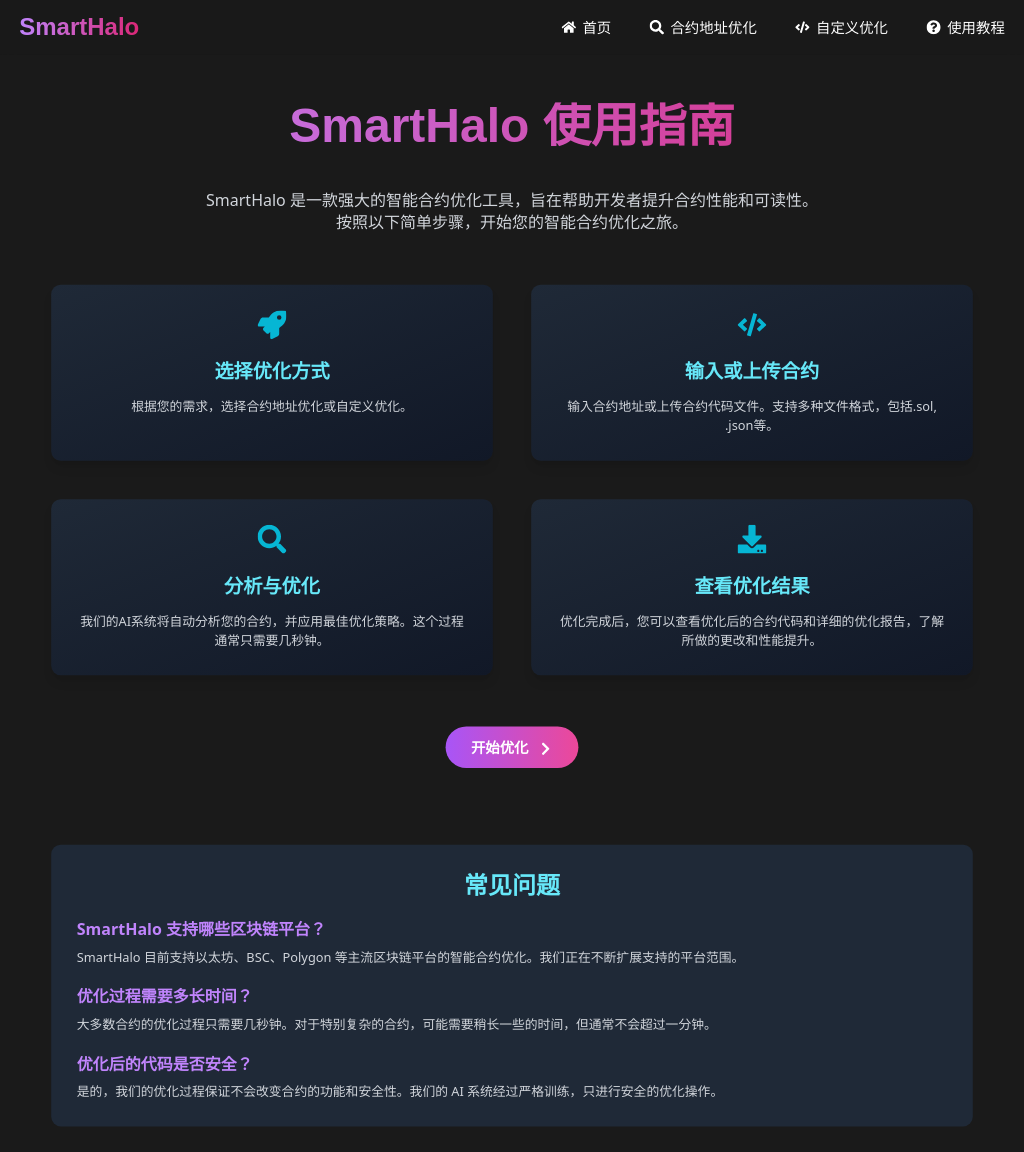
Repository: RunnerQuan/smart-halo
Page: /help
The author's editor kept a copy of each file at every save. The page is drawn from the files as they stood at one save, then again after the next save.
The browser window is 1280 px wide. The pictures show the whole page, at 80% of full size.
The project was rebuilt for these pictures with package versions that can differ from the ones it lists, and the page was loaded fresh each time. The framework's server and built-in components were replaced by stand-ins that run in the browser. Also part of the build but not shown: next.config.mjs.

Above is the page before, as saved 2024-10-18 15:39:45.

### app/help/page.tsx
"use client";

import React from 'react';
import { motion } from 'framer-motion';
import Navbar from '../../components/Navbar';
import { FaRocket, FaCode, FaSearch, FaDownload, FaChevronRight } from 'react-icons/fa';
import Link from 'next/link';

export default function Help() {
  const steps = [
    {
      title: "选择优化方式",
      desc: "根据您的需求，选择合约地址优化或自定义优化。",
      icon: <FaRocket className="text-4xl mb-4 text-cyan-500" />
    },
    {
      title: "输入或上传合约",
      desc: "输入合约地址或上传合约代码文件。支持多种文件格式，包括.sol, .json等。",
      icon: <FaCode className="text-4xl mb-4 text-cyan-500" />
    },
    {
      title: "分析与优化",
      desc: "我们的AI系统将自动分析您的合约，并应用最佳优化策略。这个过程通常只需要几秒钟。",
      icon: <FaSearch className="text-4xl mb-4 text-cyan-500" />
    },
    {
      title: "查看优化结果",
      desc: "优化完成后，您可以查看优化后的合约代码和详细的优化报告，了解所做的更改和性能提升。",
      icon: <FaDownload className="text-4xl mb-4 text-cyan-500" />
    }
  ];

  return (
    <main className="flex min-h-screen flex-col items-center justify-start p-8 bg-[#1A1A1A] text-white font-sans">
      <Navbar />

      <motion.div
        className="mt-24 w-full max-w-6xl mx-auto"
        initial={{ opacity: 0, y: 20 }}
        animate={{ opacity: 1, y: 0 }}
        transition={{ duration: 0.5 }}
      >
        <motion.h1
          className="text-6xl font-bold mb-12 text-center text-transparent bg-clip-text bg-gradient-to-r from-purple-400 to-pink-600 font-tech"
          initial={{ opacity: 0, scale: 0.9 }}
          animate={{ opacity: 1, scale: 1 }}
          transition={{ duration: 0.5, delay: 0.2 }}
        >
          SmartHalo 使用指南
        </motion.h1>

        <motion.p
          className="text-xl mb-16 text-center max-w-3xl mx-auto text-gray-300"
          initial={{ opacity: 0, y: 20 }}
          animate={{ opacity: 1, y: 0 }}
          transition={{ duration: 0.5, delay: 0.4 }}
        >
          SmartHalo 是一款强大的智能合约优化工具，旨在帮助开发者提升合约性能和可读性。
          按照以下简单步骤，开始您的智能合约优化之旅。
        </motion.p>

        <div className="grid grid-cols-1 md:grid-cols-2 gap-12">
          {steps.map((step, index) => (
            <motion.div
              key={index}
              className="bg-gradient-to-br from-gray-800 to-gray-900 p-8 rounded-xl shadow-lg"
              initial={{ opacity: 0, y: 50, rotateX: -15 }}
              animate={{ opacity: 1, y: 0, rotateX: 0 }}
              transition={{
                duration: 0.8,
                delay: 0.1 * index,
                type: "spring",
                stiffness: 100
              }}
              whileHover={{ scale: 1.05, transition: { duration: 0.2 } }}
            >
              <div className="flex flex-col items-center mb-4">
                {step.icon}
                <h3 className="text-2xl font-semibold mt-2 text-cyan-300 text-center">{step.title}</h3>
              </div>
              <p className="text-gray-300 text-center">{step.desc}</p>
            </motion.div>
          ))}
        </div>

        <motion.div
          className="mt-16 text-center"
          initial={{ opacity: 0, y: 20 }}
          animate={{ opacity: 1, y: 0 }}
          transition={{ duration: 0.5, delay: 0.8 }}
        >
          <Link href="/custom-optimization" passHref>
            <button className="bg-gradient-to-r from-purple-500 to-pink-500 text-white px-8 py-3 rounded-full text-lg font-semibold hover:from-purple-600 hover:to-pink-600 transition-all duration-300">
              开始优化 <FaChevronRight className="inline-block ml-2" />
            </button>
          </Link>
        </motion.div>

        <motion.div
          className="mt-24 bg-gray-800 p-8 rounded-xl"
          initial={{ opacity: 0, y: 20 }}
          animate={{ opacity: 1, y: 0 }}
          transition={{ duration: 0.5, delay: 1 }}
        >
          <h2 className="text-3xl font-bold mb-6 text-center text-cyan-300">常见问题</h2>
          <div className="space-y-6">
            <div>
              <h3 className="text-xl font-semibold mb-2 text-purple-400">SmartHalo 支持哪些区块链平台？</h3>
              <p className="text-gray-300">SmartHalo 目前支持以太坊、BSC、Polygon 等主流区块链平台的智能合约优化。我们正在不断扩展支持的平台范围。</p>
            </div>
            <div>
              <h3 className="text-xl font-semibold mb-2 text-purple-400">优化过程需要多长时间？</h3>
              <p className="text-gray-300">大多数合约的优化过程只需要几秒钟。对于特别复杂的合约，可能需要稍长一些的时间，但通常不会超过一分钟。</p>
            </div>
            <div>
              <h3 className="text-xl font-semibold mb-2 text-purple-400">优化后的代码是否安全？</h3>
              <p className="text-gray-300">是的，我们的优化过程保证不会改变合约的功能和安全性。我们的 AI 系统经过严格训练，只进行安全的优化操作。</p>
            </div>
          </div>
        </motion.div>
      </motion.div>
    </main>
  );
}

### app/globals.css
@import url('https://fonts.googleapis.com/css2?family=Roboto:wght@300;400;500;700&display=swap');

@tailwind base;
@tailwind components;
@tailwind utilities;

:root {
  --foreground-rgb: 255, 255, 255;
  --background-start-rgb: 42, 42, 42;
  --background-end-rgb: 42, 42, 42;
}

body {
  color: rgb(var(--foreground-rgb));
  background: linear-gradient(
      to bottom,
      transparent,
      rgb(var(--background-end-rgb))
    )
    rgb(var(--background-start-rgb));
  font-family: 'Roboto', sans-serif;
}

### components/Navbar.tsx
import Link from "next/link";
import { FaHome, FaCode, FaSearch, FaQuestionCircle } from 'react-icons/fa';

const navItems = [
  { name: '首页', href: '/', icon: <FaHome className="mr-2" /> },
  { name: '合约地址优化', href: '/contract-optimization', icon: <FaSearch className="mr-2" /> },
  { name: '自定义优化', href: '/custom-optimization', icon: <FaCode className="mr-2" /> },
  { name: '使用教程', href: '/help', icon: <FaQuestionCircle className="mr-2" /> },
];

export default function Navbar() {
  return (
    <nav className="fixed top-0 left-0 right-0 z-10 bg-[#1A1A1A] bg-opacity-80 backdrop-filter backdrop-blur-lg">
      <div className="container mx-auto px-6 py-4 flex justify-between items-center">
        <Link href="/" className="flex items-center">
          <span className="text-3xl font-bold bg-clip-text text-transparent bg-gradient-to-r from-purple-400 to-pink-600 font-tech">
            SmartHalo
          </span>
        </Link>
        <div className="hidden md:flex items-center space-x-12 text-lg">
          {navItems.map((item) => (
            <Link key={item.name} href={item.href} className="flex items-center">
              <span className="flex items-center">
                {item.icon}
                {item.name}
              </span>
            </Link>
          ))}
        </div>
      </div>
    </nav>
  );
}

### tailwind.config.js
module.exports = {
    darkMode: ['class'],
    content: [
    './pages/**/*.{js,ts,jsx,tsx,mdx}',
    './components/**/*.{js,ts,jsx,tsx,mdx}',
    './app/**/*.{js,ts,jsx,tsx,mdx}',
  ],
  theme: {
  	extend: {
  		fontFamily: {
  			harmonyos: ['HarmonyOS Sans', 'sans-serif'],
  			song: ['Noto Serif SC', 'serif'],
  			'noto-sans': ['Noto Sans SC', 'sans-serif'],
  			'tech': ['Orbitron', 'sans-serif']
  		},
  		backgroundImage: {
  			'gradient-radial': 'radial-gradient(var(--tw-gradient-stops))',
  			'gradient-conic': 'conic-gradient(from 180deg at 50% 50%, var(--tw-gradient-stops))'
  		},
  		borderRadius: {
  			lg: 'var(--radius)',
  			md: 'calc(var(--radius) - 2px)',
  			sm: 'calc(var(--radius) - 4px)'
  		},
  		colors: {
  			background: 'hsl(var(--background))',
  			foreground: 'hsl(var(--foreground))',
  			card: {
  				DEFAULT: 'hsl(var(--card))',
  				foreground: 'hsl(var(--card-foreground))'
  			},
  			popover: {
  				DEFAULT: 'hsl(var(--popover))',
  				foreground: 'hsl(var(--popover-foreground))'
  			},
  			primary: {
  				DEFAULT: 'hsl(var(--primary))',
  				foreground: 'hsl(var(--primary-foreground))'
  			},
  			secondary: {
  				DEFAULT: 'hsl(var(--secondary))',
  				foreground: 'hsl(var(--secondary-foreground))'
  			},
  			muted: {
  				DEFAULT: 'hsl(var(--muted))',
  				foreground: 'hsl(var(--muted-foreground))'
  			},
  			accent: {
  				DEFAULT: 'hsl(var(--accent))',
  				foreground: 'hsl(var(--accent-foreground))'
  			},
  			destructive: {
  				DEFAULT: 'hsl(var(--destructive))',
  				foreground: 'hsl(var(--destructive-foreground))'
  			},
  			border: 'hsl(var(--border))',
  			input: 'hsl(var(--input))',
  			ring: 'hsl(var(--ring))',
  			chart: {
  				'1': 'hsl(var(--chart-1))',
  				'2': 'hsl(var(--chart-2))',
  				'3': 'hsl(var(--chart-3))',
  				'4': 'hsl(var(--chart-4))',
  				'5': 'hsl(var(--chart-5))'
  			}
  		},
  		animation: {
  			pulse: 'pulse var(--duration) ease-out infinite'
  		},
  		keyframes: {
  			pulse: {
  				'0%, 100%': {
  					boxShadow: '0 0 0 0 var(--pulse-color)'
  				},
  				'50%': {
  					boxShadow: '0 0 0 8px var(--pulse-color)'
  				}
  			}
  		}
  	}
  },
  plugins: [require("tailwindcss-animate")],
}

Loaded but not shown: app/layout.tsx (common file)

After the next save:
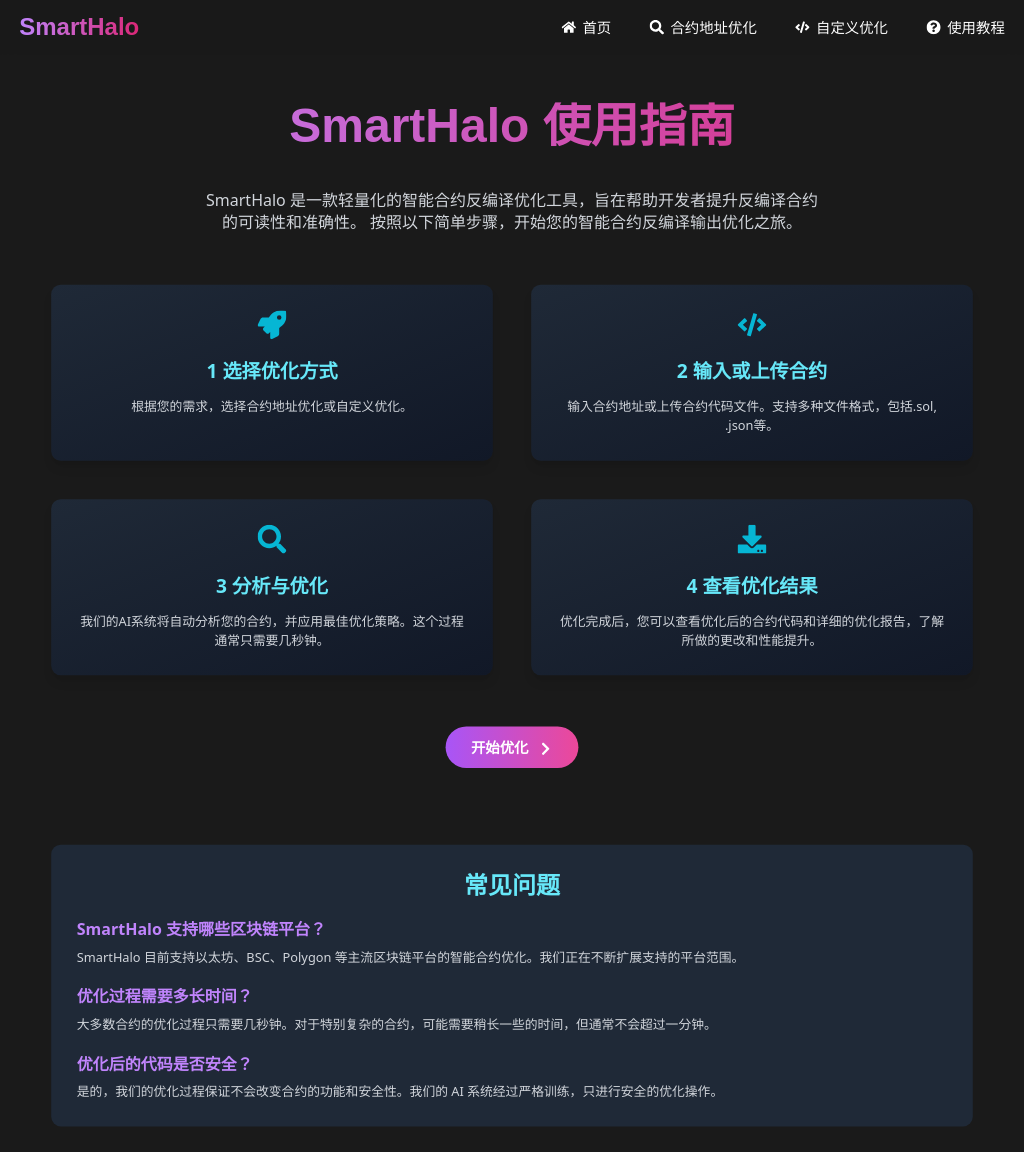
Saved 2 min 19 s later.
--- a/app/help/page.tsx
+++ b/app/help/page.tsx
@@ -9,22 +9,22 @@
 export default function Help() {
   const steps = [
     {
-      title: "选择优化方式",
+      title: "1 选择优化方式",
       desc: "根据您的需求，选择合约地址优化或自定义优化。",
       icon: <FaRocket className="text-4xl mb-4 text-cyan-500" />
     },
     {
-      title: "输入或上传合约",
+      title: "2 输入或上传合约",
       desc: "输入合约地址或上传合约代码文件。支持多种文件格式，包括.sol, .json等。",
       icon: <FaCode className="text-4xl mb-4 text-cyan-500" />
     },
     {
-      title: "分析与优化",
+      title: "3 分析与优化",
       desc: "我们的AI系统将自动分析您的合约，并应用最佳优化策略。这个过程通常只需要几秒钟。",
       icon: <FaSearch className="text-4xl mb-4 text-cyan-500" />
     },
     {
-      title: "查看优化结果",
+      title: "4 查看优化结果",
       desc: "优化完成后，您可以查看优化后的合约代码和详细的优化报告，了解所做的更改和性能提升。",
       icon: <FaDownload className="text-4xl mb-4 text-cyan-500" />
     }
@@ -55,8 +55,8 @@
           animate={{ opacity: 1, y: 0 }}
           transition={{ duration: 0.5, delay: 0.4 }}
         >
-          SmartHalo 是一款强大的智能合约优化工具，旨在帮助开发者提升合约性能和可读性。
-          按照以下简单步骤，开始您的智能合约优化之旅。
+          SmartHalo 是一款轻量化的智能合约反编译优化工具，旨在帮助开发者提升反编译合约的可读性和准确性。
+          按照以下简单步骤，开始您的智能合约反编译输出优化之旅。
         </motion.p>
 
         <div className="grid grid-cols-1 md:grid-cols-2 gap-12">
